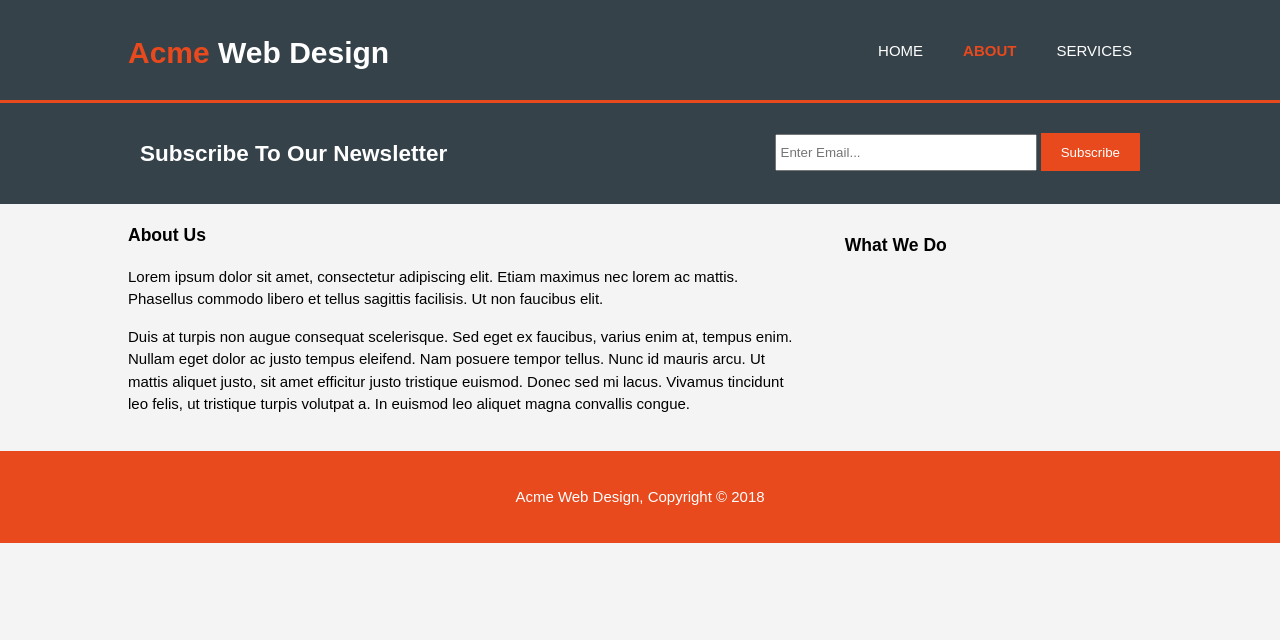
Repository: pablitoe61/exercices-html
Page: responsive/about.html
The author's editor kept a record of every edit. The page is drawn from the files as they stood at one moment, then again after the next edit.
The browser window is 1280 px wide. The pictures show the whole page.
Some web libraries are served in a nearby version.

Above is the page before.

### responsive/about.html
<!DOCTYPE html>
    <html lang="en">
        <head>
            <title>Acme Web Design | About</title>
            <meta charset="UTF-8">
            <meta name="viewport" content="width=device-width, initial-scale=1.0">
            <meta http-equiv="X-UA-Compatible" content="ie=edge">
            <meta name="description" content="Affordable and professional web design">
            <meta name="keywords" content="web design, affordable web design, professional web design">
            <meta name="author" content="Pablo Espinoza">
            <link rel="stylesheet" href="https://use.fontawesome.com/releases/v5.5.0/css/all.css" integrity="sha384-B4dIYHKNBt8Bc12p+WXckhzcICo0wtJAoU8YZTY5qE0Id1GSseTk6S+L3BlXeVIU" crossorigin="anonymous">
            <link rel="stylesheet" href="css/styles.css">
        </head>
        <body>

            <header>
                <div class="container">
                    <div id="branding">
                        <h1><span class="highlight">Acme</span> Web Design</h1>
                    </div>
                    <nav>
                        <ul>
                            <li><a href="index.html">Home</a></li>
                            <li class="current"><a href="about.html">About</a></li>
                            <li><a href="services.html">Services</a></li>
                        </ul>
                    </nav>
                </div>
            </header>


            <section id="newsletter">
                <div class="container">
                    <h1>Subscribe To Our Newsletter</h1>
                    <form>
                        <input type="email" placeholder="Enter Email...">
                        <button type="submit" class="button_1">Subscribe</button>
                    </form>
                </div>
            </section>

            <section id="main">
                <div class="container">
                    <article id="main-col">
                        <h1 class="page-title">About Us</h1>
                        <p>
                            Lorem ipsum dolor sit amet, consectetur adipiscing elit. Etiam maximus nec lorem ac mattis. Phasellus commodo libero et tellus sagittis facilisis. Ut non faucibus elit.
                        </p>
                        <p>
                            Duis at turpis non augue consequat scelerisque. Sed eget ex faucibus, varius enim at, tempus enim. Nullam eget dolor ac justo tempus eleifend. Nam posuere tempor tellus. Nunc id mauris arcu. Ut mattis aliquet justo, sit amet efficitur justo tristique euismod. Donec sed mi lacus. Vivamus tincidunt leo felis, ut tristique turpis volutpat a. In euismod leo aliquet magna convallis congue.
                        </p>
                    </article>

                    <aside id="sidebar">
                        <h3>What We Do</h3>
                    </aside>
                </div>
            </section>

            <footer>
                <p>Acme Web Design, Copyright &copy; 2018</p>
            </footer>

        </body>
    </html>

### responsive/css/styles.css
body{
    font: 15px/1.5 Arial, Helvetica, sans-serif;
    padding:0;
    margin:0;
    background-color:#f4f4f4;
}

/* Global */

.container{
    width:80%;
    margin:auto;
    overflow:hidden;
}

ul{
    margin:0;
    padding:0;
}

.button_1{
    height:38px;
    background:#e8491d;
    border:0;
    padding: 0 20px;
    color:#fff;
}

.dark{
    padding:15px;
    background:#35424a;
    color:#fff;
    margin-top:10px;
    margin-bottom:10px;
}

/* Header */

header{
    background:#35424a;
    color:#ffffff;
    padding-top:30px;
    min-height:70px;
    border-bottom:#e8491d 3px solid;
}

header a{
    color:#fff;
    text-decoration:none;
    text-transform:uppercase;
}

header ul{
    margin:0;
    padding:0;
}

header li{
    float:left;
    display: inline;
    padding: 0 20px;
}

header #branding{
    float:left;
}

header #branding h1{
    margin:0;
}

header nav{
    float:right;
    margin-top:10px;
}

header .highlight, header .current a{
    color:#e8491d;
    font-weight:bold;
}

header a:hover{
    color:#ccc;
    font-weight:bold;
}

/* Showcase */

#showcase{
    min-height:400px;
    background:url(../img/showcase.jpg) no-repeat -600px -700px;
    filter:grayscale(20%);
    text-align:center;
    color:#fff;
}

#showcase h1{
    margin-top:100px;
    font-size:55px;
    margin-bottom:10px;
}

#showcase p{
    font-size:20px;
}

/* Newsletter */

#newsletter{
    padding:15px;
    color:#fff;
    background:#35424a;
}

#newsletter h1{
    float:left;
}

#newsletter form{
    float:right;
    margin-top:15px;
}

#newsletter input[type="email"]{
    padding:4px;
    height:25px;
    width:250px;
}

/* Boxes */

#boxes{
    margin-top:20px;
}

#boxes .box{
    float:left;
    text-align:center;
    width:30%;
    padding:10px;
}

#boxes .box .logu{
    font-size: 150px;
}

.fa-html5{
    color:#F16529;
}

.fa-css3-alt{
    color:#2A65F1;
}


/* Sidebar */

aside#sidebar{
    float:right;
    width:30%;
    margin-top:10px;
}

aside#sidebar .quote input, aside#sidebar .quote input {
    width:90%;
    padding:5px;
}

/* Main-col */

article#main-col{
    float:left;
    width:65%;
}

/* Services */

ul#services li{
    list-style:none;
    padding:20px;
    border: #ccc solid 1px;
    margin-bottom:5px;
    background:#e6e6e6;
}

footer{
    padding:20px;
    margin-top:20px;
    color:#fff;
    background-color:#e8491d;
    text-align:center;
}

/* Media Queries */

@media(max-width: 768px){
    header #branding,
    header nav,
    header nav li,
    #newsletter h1,
    #newsletter form{
        float:none;
        text-align:center;
        width:100%;
    }

    header{
        padding-bottom:20px;
    }

    #showcase h1{
        margin-top:40px;
    }

    #newsletter button{
        display:block;
        width:100%;
    }

    #newsletter form input[type="email"]{
        width:100%;
        margin-bottom:5px;
    }
}

After the next edit:
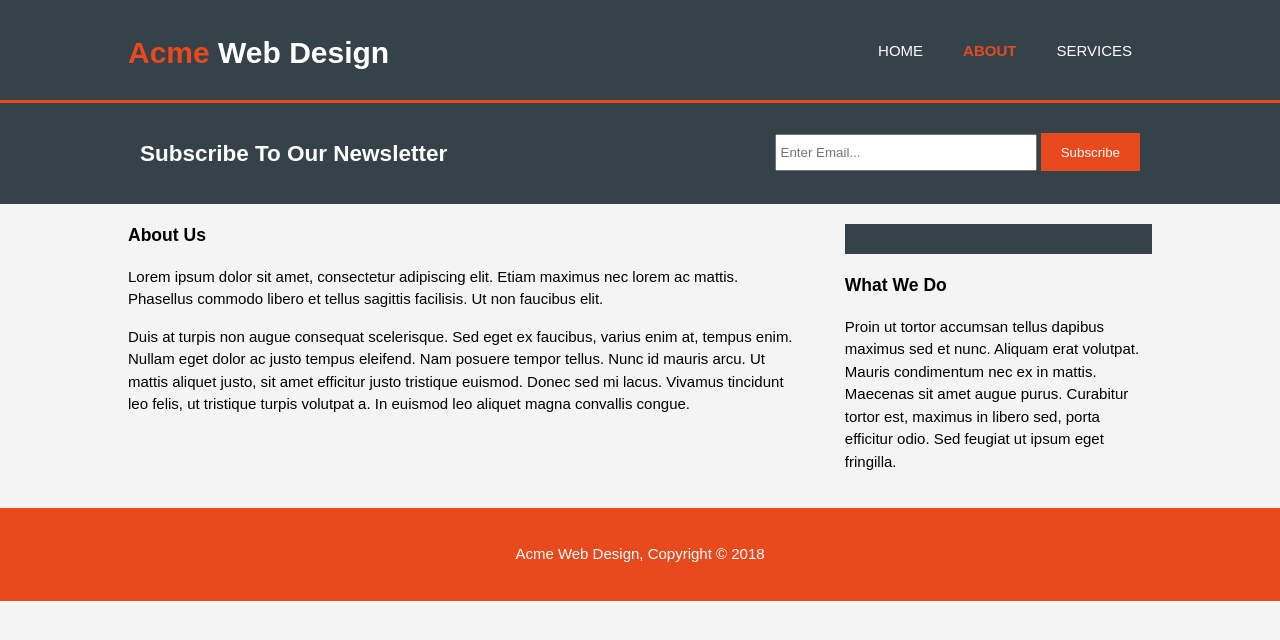
The edit:
--- a/responsive/about.html
+++ b/responsive/about.html
@@ -52,7 +52,11 @@
                     </article>
 
                     <aside id="sidebar">
+                        <div class="dark">
+
+                        </div>
                         <h3>What We Do</h3>
+                        <p>Proin ut tortor accumsan tellus dapibus maximus sed et nunc. Aliquam erat volutpat. Mauris condimentum nec ex in mattis. Maecenas sit amet augue purus. Curabitur tortor est, maximus in libero sed, porta efficitur odio. Sed feugiat ut ipsum eget fringilla.</p>
                     </aside>
                 </div>
             </section>
